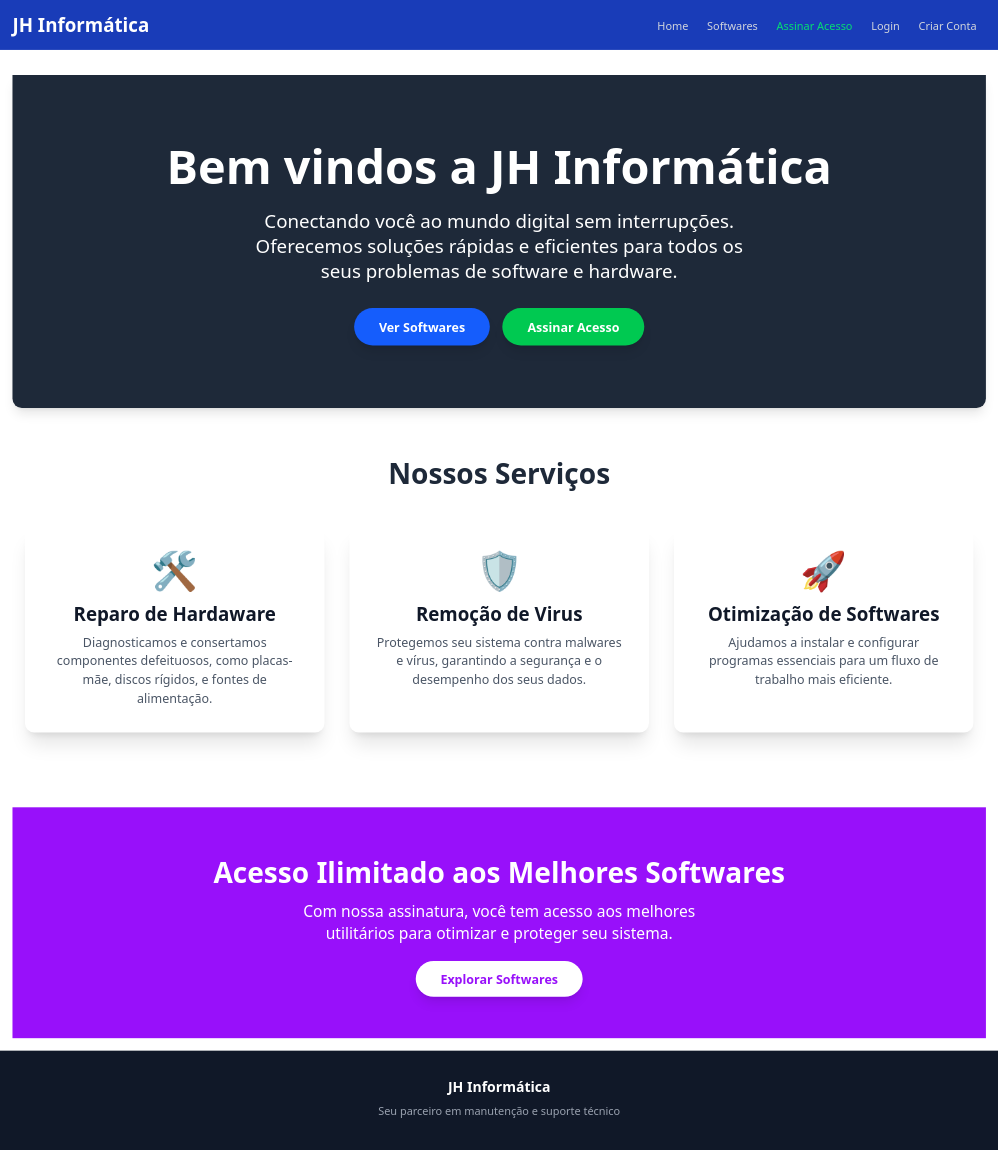
Repository: estevam02009/jh-info
Page: / (app in frontend/)
These files come from the project's save history. The page is drawn as it stood at one moment and after the next save; the edit follows.
The browser window is 1280 px wide. The pictures show the whole page, at 78% of full size.
The project was rebuilt for these pictures with package versions that can differ from the ones it lists, and the page was loaded fresh each time. Also part of the build but not shown: frontend/src/pages/Login.jsx, frontend/src/pages/Register.jsx, frontend/src/pages/Dashboard.jsx, frontend/src/components/ProtectedRoute.jsx, frontend/src/pages/SoftwareList.jsx, frontend/src/pages/SoftwareDetails.jsx, frontend/src/pages/SoftwareManagement.jsx, frontend/src/pages/PaymentPage.jsx and 1 more.

Above is the page before, as saved 2025-07-13 13:51:57.

After the next save:
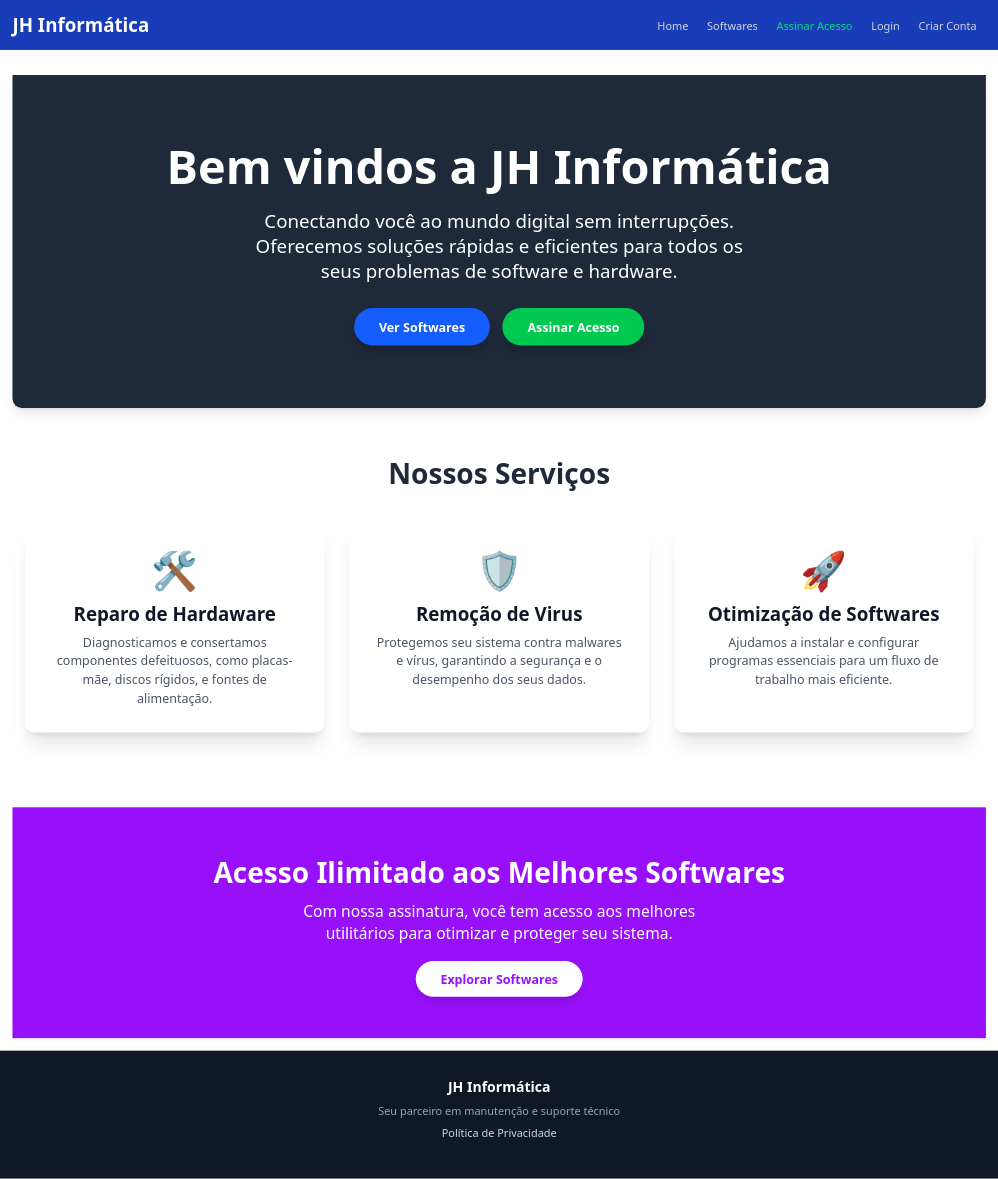
Saved 105 s later.
--- a/frontend/src/App.jsx
+++ b/frontend/src/App.jsx
@@ -91,6 +91,9 @@ const App = () => {
                 <div className="container mx-auto text-center">
                     <p className="text-lg font-bold mb-2">JH Informática</p>
                     <p className='text-sm text-gray-400 mb-2'>Seu parceiro em manutenção e suporte técnico</p>
+                    <div className="flex justify-center space-x-4 mb-4">
+                        <Link to="/privacy" className="text-gray-300 hover:text-white text-sm">Política de Privacidade</Link>
+                    </div>
                 </div>
             </footer>
         </>
